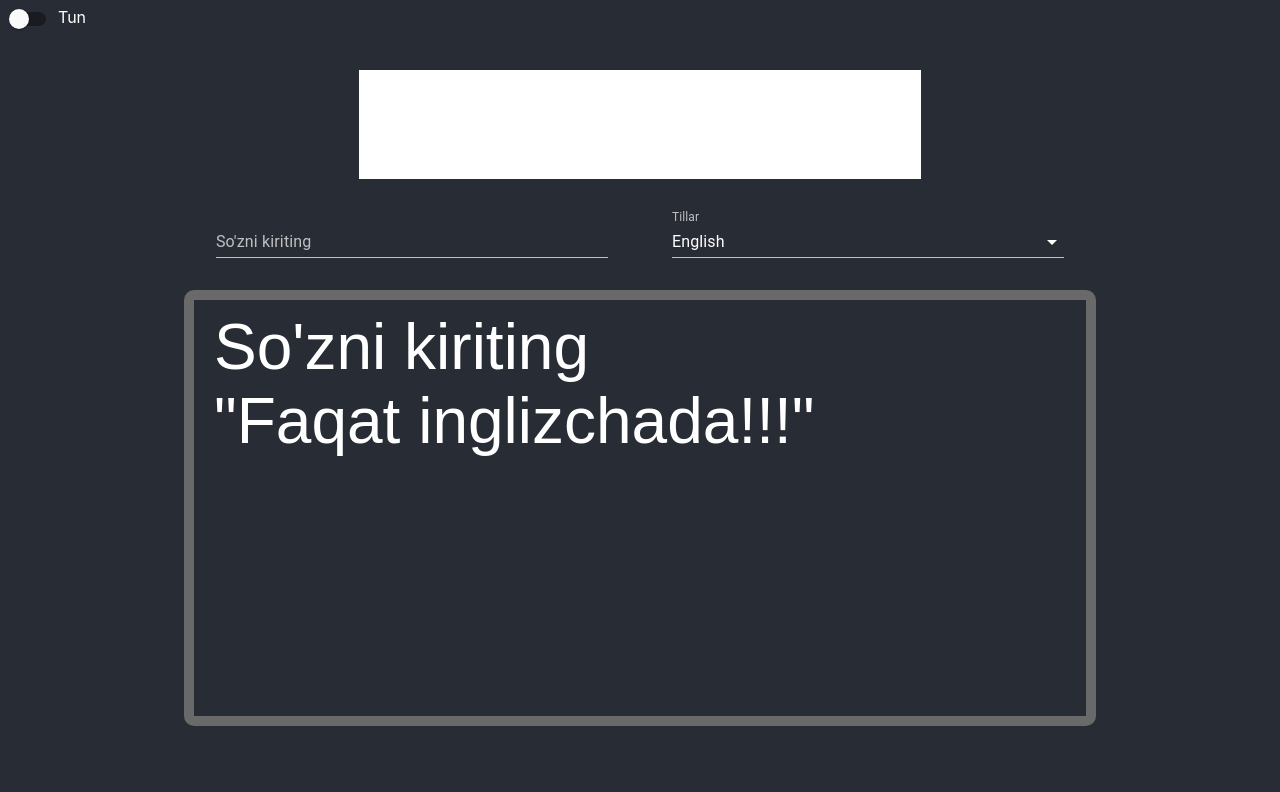
Repository: om1ars/react-translator
Page: /
The author's editor kept a copy of each file at every save. The page is drawn from the files as they stood at one save, then again after a run of saves.
The browser window is 1280 px wide. The pictures show the whole page.
The page's requests for data from a server got no answer. The project was rebuilt for these pictures with package versions that can differ from the ones it lists, and the page was loaded fresh each time. No one was signed in, and anything a server would have sent is missing.

Above is the page before, as saved 2021-10-07 16:15:36.

### src/App.js
import "./App.css";
import { useEffect, useState } from "react";
import axios from "axios";
import { Container, Switch, withStyles } from "@material-ui/core";
import { Header } from "./components/Header/Header";
import { Definitions } from "./components/Definitions";

function App() {
  const [word, setword] = useState("");
  const [meanings, setmeanings] = useState([]);
  const [category, setcategory] = useState("en");
  const [checked, setChecked] = useState(false);

  const dictionaryApi = async () => {
    try {
      const data = await axios.get(
        `https://api.dictionaryapi.dev/api/v2/entries/${category}/${word}`
      );

      // console.log(data);
      setmeanings(data.data);
    } catch (error) {
      console.log(error);
    }
  };

  const handleChange = (event) => {
    setChecked(!checked);
  };

  console.log(meanings);
  useEffect(() => {
    dictionaryApi();
  }, [word, category]);

  return (
    <div
      className="App"
      style={{
        height: "100vh",
        backgroundColor: checked ? "#fff" : "#282c34",
        color: checked ? "#282c34" : "white",
        justifyContent: "space-evenly",
      }}
    >
      <Switch
        checked={checked}
        onChange={handleChange}
        inputProps={{ "aria-label": "controlled" }}
      />
      <span>{checked ? "Kun" : "Tun"}</span>
      <Container
        maxWidth="md"
        style={{ display: "flex", flexDirection: "column", height: "100vh" }}
      >
        <Header
        checked={checked}
          category={category}
          setcategory={setcategory}
          word={word}
          setword={setword}
        />
        {meanings && (
          <Definitions word={word} meanings={meanings} category={category} />
        )}
      </Container>
    </div>
  );
}

export default App;

### src/App.css
.App {
  min-height: 110vh;
}

### src/components/Header/Header.js
import {
  createMuiTheme,
  MenuItem,
  MuiThemeProvider,
  TextField,
} from "@material-ui/core";
import React from "react";
import "./Header.css";
import { ThemeProvider } from "@material-ui/styles";
import categoris from "../data/Category";

export const Header = ({ category, setcategory, word, setword, checked }) => {
  const darkTheme = createMuiTheme({
    palette: {
      primary: {
        main: "#fff",
      },
      type: "dark",
    },
  });

  const handleChange = (e) => {
    setcategory(e);
    setword("");
  };

  return (
    <div className="header">
      <span className="title" style={{backgroundColor :checked ? 'black' : 'white'}}>{word ? word : "Word Hunt"}</span>
      <div className="inputs">
        <ThemeProvider theme={darkTheme}>
          <TextField
          color='danger'
            id="standard-basic"
            label="standard"
            className="search"
            id="standard-basic"
            label="So'zni kiriting"
            value={word}
            onChange={(e) => setword(e.target.value)}
          />
          <TextField
            className="select"
            select
            value={category}
            onChange={(e) => handleChange(e.target.value)}
            label="Tillar"
          >
            {categoris.map((option) => (
              <MenuItem key={option.label} value={option.label}>
                {option.value}
              </MenuItem>
            ))}
          </TextField>
        </ThemeProvider>
      </div>
    </div>
  );
};

### src/components/Definitions.js
import React from "react";
import "./Definitions.css";

export const Definitions = ({ word, category, meanings }) => {
  return (
    <div className="meanings">
       {meanings[0] && word && category === "en" && (
        <audio
          style={{ backgroundColor: "#fff", borderRadius: 10 }}
          src={meanings[0].phonetics[0] && meanings[0].phonetics[0].audio}
          controls
        >
          Your browser does not support the audio element.
        </audio>
      )}
      {word === "" ? (
        <span className="subtitle">
          So'zni kiriting <br /> "Faqat inglizchada!!!"
        </span>
      ) : (
        meanings.map((mean) =>
          mean.meanings.map((item) =>
            item.definitions.map((def) => (
              <div
                className="singleMean"
                style={{ backgroundColor: "white", color: "black" }}
              >
                <b>{def.definition}</b>
                <hr style={{ backgroundColor: "black", width: "100%" }} />
                {def.example && (
                  <span>
                    <b>Example: {def.example}</b>
                  </span>
                )}
                {def.synonyms && (
                  <span>
                    <b>Synonyms: {def.synonyms.map((s) => `${s},  `)}</b>
                  </span>
                )}
              </div>
            ))
          )
        )
      )}
    </div>
  );
};

### src/components/Header/Header.css
.title {
  font-size: 7vw;
  text-transform: uppercase;
  color: white;
}
.header {
  display: flex;
  align-items: center;
  justify-content: space-evenly;
  flex-direction: column;
  height: 35vh;
  width: 100%;
}
@media (max-width: 900px) {
  .header {
    height: 25vh;
  }
  .title {
      font-size: 11vw;
  }
}
.inputs {
    width: 100%;
    display: flex;
    justify-content: space-around;
}
.search {
    width: 43%;
}
.select {
    width: 43%;
}

### src/components/Definitions.css
.meanings {
    display: flex;
    flex-direction: column;
    overflow-y: scroll;
    scrollbar-width: thin;
    height: 55vh;
    border: 10px solid rgba(105, 105, 105);
    border-radius: 10px;
    padding: 10px 20px;
    overflow-x: hidden;
}
.subtitle {
    font-size: 5vw;
    font-family: 'Motserrat', sans-serif;
}

@media (max-width: 900px ){
    .meanings {
        height: 60vh;
        overflow-x: hidden;
        overflow-y: scroll;
    }
}
.singleMean {
    display: flex;
    flex-direction: column;
    border-radius: 10px;
    padding: 10px 20px;
    margin: 10px 0;
}

Loaded but not shown: public/index.html (common file); src/index.js (common file); src/index.css (common file); src/reportWebVitals.js (common file); src/components/data/Category.js (common file)

After the next 5 saves:
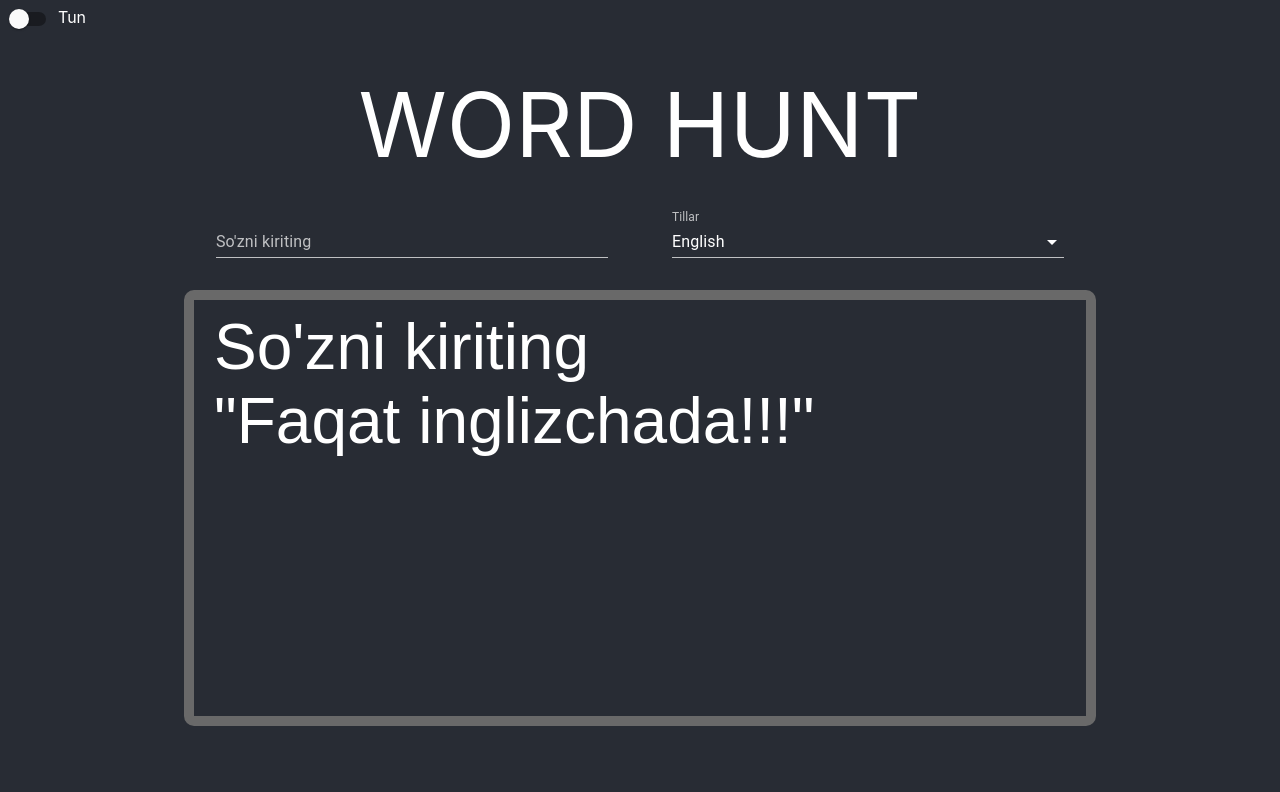
The 5 saves are shown as one change because they came seconds apart.
The last was saved 14 s later.
--- a/src/components/Header/Header.js
+++ b/src/components/Header/Header.js
@@ -26,7 +26,7 @@ export const Header = ({ category, setcategory, word, setword, checked }) => {
 
   return (
     <div className="header">
-      <span className="title" style={{backgroundColor :checked ? 'black' : 'white'}}>{word ? word : "Word Hunt"}</span>
+      <span className="title" style={{color :checked ? 'black' : 'white'} }>{word ? word : "Word Hunt"}</span>
       <div className="inputs">
         <ThemeProvider theme={darkTheme}>
           <TextField
